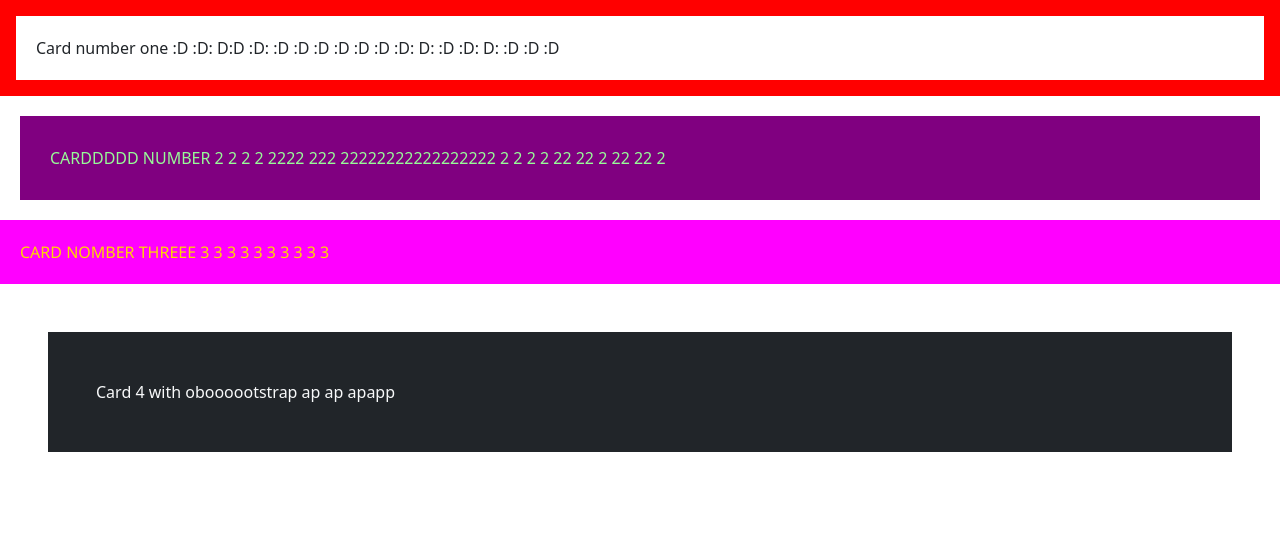
Repository: FbW-E01/spa-react-stylish-cards-gronger
Page: / (app in react-stuff/)
The author's editor kept a copy of each file at every save. The page is drawn from the files as they stood at one save, then again after the next save.
The browser window is 1280 px wide. The pictures show the whole page.
The project was rebuilt for these pictures with package versions that can differ from the ones it lists, and the page was loaded fresh each time.

Above is the page before, as saved 2021-07-14 14:03:23.

After the next save:
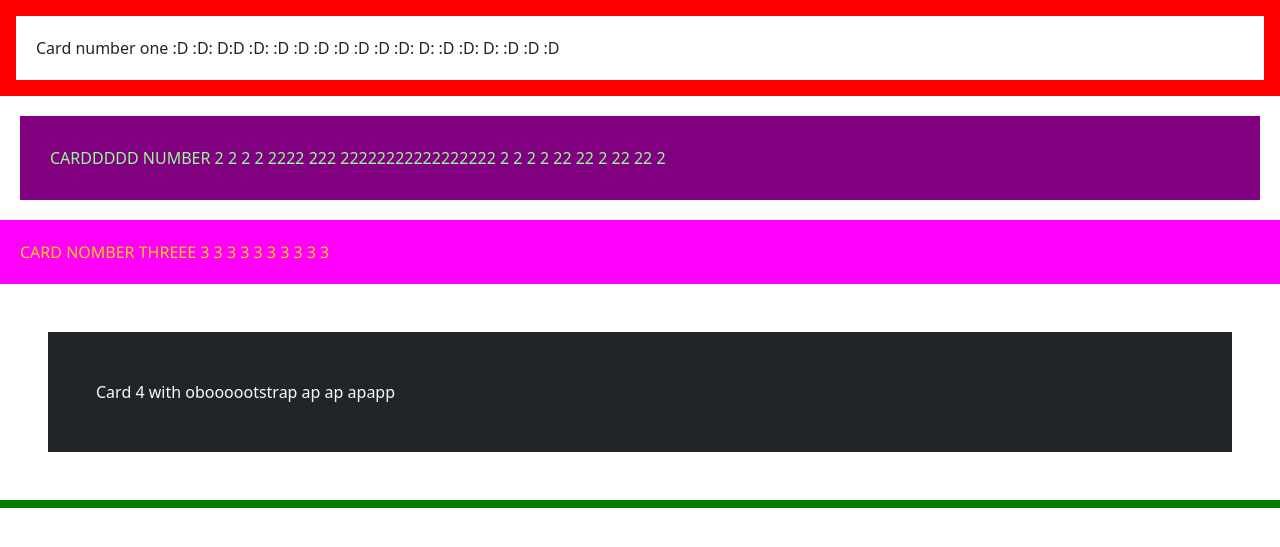
Saved 9 s later.
--- a/react-stuff/src/index.js
+++ b/react-stuff/src/index.js
@@ -47,6 +47,7 @@ ReactDOM.render(
     <CardTwoClass />
     <CardThreeScssClass />
     <CardFourBootstrap />
+    <MyDiv />
   </div>
 
   , document.getElementById('root')
